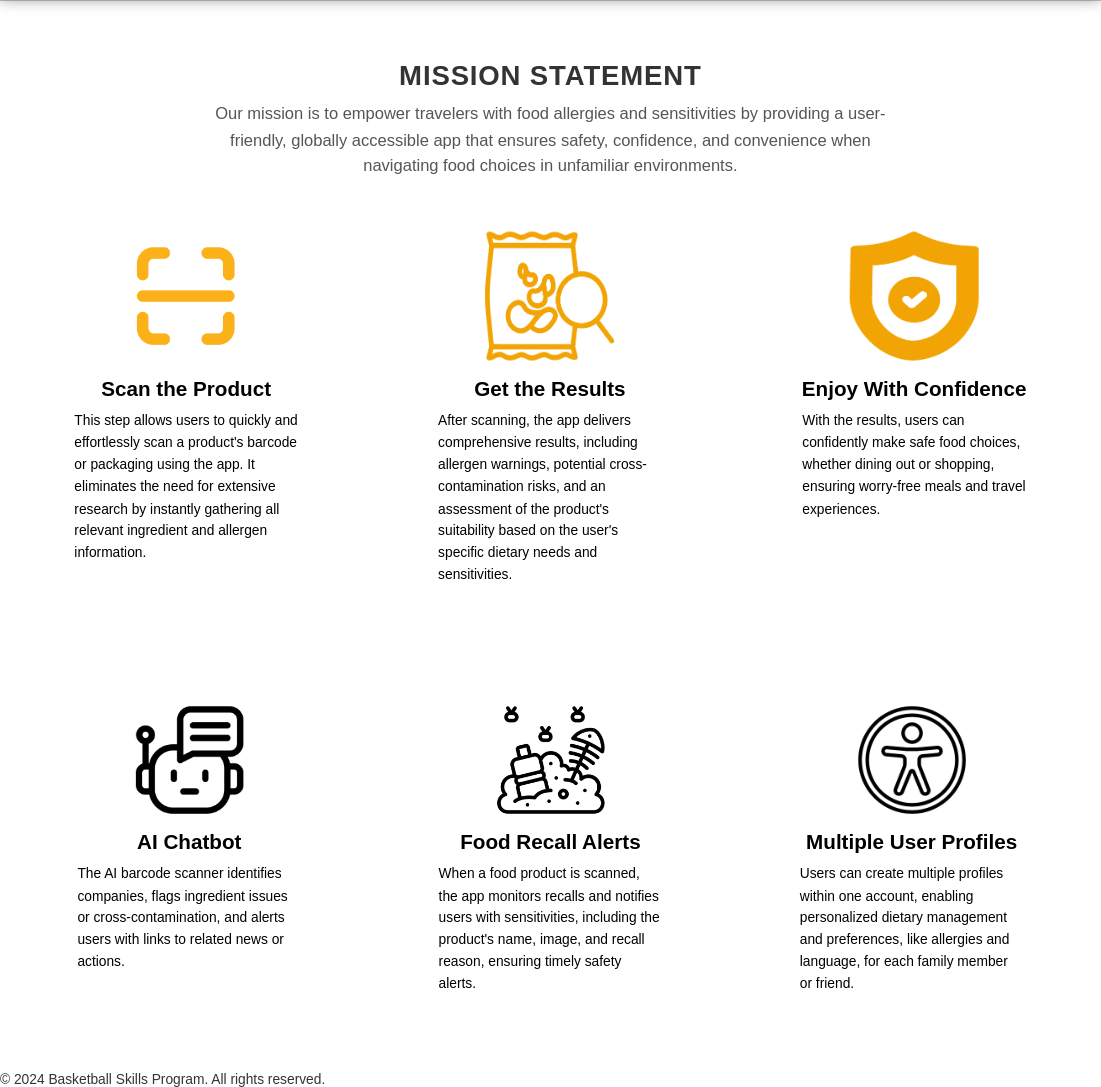
Repository: GavinPahal/landingpage
Page: /
An editor plug-in stored every save of this project. The page is shown before and after the next save, followed by the edit.
The browser window is 1280 px wide. The pictures show the part of the page from y = 720 to 1984 px (the page is 1984 px tall), at 86% of full size.
The project was rebuilt for these pictures with package versions that can differ from the ones it lists, and the page was loaded fresh each time. The framework's server and built-in components were replaced by stand-ins that run in the browser. Also part of the build but not shown: next.config.mjs.

Above is the page before, as saved 2024-11-28 15:49:58.

### pages/_app.js
// pages/_app.js
import "@/styles/globals.css"; // Import the global CSS file

function MyApp({ Component, pageProps }) {
  return <Component {...pageProps} />;
}

export default MyApp;

### pages/index.js
// pages/index.js
import Hero from "../components/Hero";
import Features from "../components/Features";
import Footer from "../components/Footer";
import Product from "../components/Product"

export default function Home() {
  return (
    <div>
      <Hero />
      <Features />
      <Product />
      <Footer />
    </div>
  );
}

### styles/globals.css
/* Global Styles */
* {
  margin: 0;
  padding: 0;
  box-sizing: border-box;
}

body {
  font-family: Arial, sans-serif;
  color: #333;
  overflow-x: hidden; /* Prevent horizontal overflow */
}

/* Hero Section */
.hero {
  display: flex; /* Use flexbox to align elements */
  position: relative;
  height: 100vh;
  width: 100%; /* Ensure the hero section spans the full width */
  background-color: #2d2d2d; /* Dark background to contrast with the image */
}

.imageWrapper {
  position: relative;
  width: 100%; /* Left side takes full width */
  height: 100%;
}

.imageContainer {
  position: absolute;
  top: 0;
  left: 0;
  width: 100%;
  height: 100%;
  filter: blur(8px); /* Add blur effect to the image */
  object-fit: cover;
}

.overlay {
  position: absolute;
  top: 0;
  left: 0;
  width: 100%;
  height: 100%;
  background: rgba(0, 0, 0, 0.6); /* Dark overlay to ensure text stands out */
  color: white;
  display: flex;
  flex-direction: column;
  justify-content: center;
  align-items: flex-start;
  padding: 60px 40px; /* Increased padding for more space */
  text-align: left;
}

.heroTitle {
  display: flex;
  align-items: center; /* Align logo and title horizontally */
  margin-bottom: 40px; /* Space between title and the rest of the content */
  position: relative; /* Allow positioning adjustments */
  top: -80px; /* Move the logo and title even higher */
}

.heroTitle img {
  margin-right: 20px; /* Add space between logo and title */
}

.heroTitle h1 {
  font-size: 2rem; /* Bigger font for app name */
  font-weight: bold;
  color: #ffffff; /* Bright color to stand out */
  text-transform: uppercase;
}

.tagline {
  font-size: 5rem; /* Make "BEST NATURE APP" 5rem */
  font-weight: bold;
  margin-bottom: 0; /* Remove extra space between the lines */
  color: #ffffff; /* Striking color */
  text-shadow: 3px 3px 5px rgba(0, 0, 0, 0.8); /* Enhanced text visibility */
  line-height: 1.1; /* Adjust line-height to decrease space between lines */
  letter-spacing: 1.5px;
  display: block;
  max-width: 100%; /* Ensure text doesn't overflow */
}

.bestNature {
  display: block;
  font-size: 3rem; /* Adjust to smaller font size for the first part */
}

.appEver {
  display: block;
  margin-top: 0;
  font-size: 3rem;
}

.subTagline {
  font-size: 1.2rem;
  margin-top: 20px;
  margin-bottom: 40px;
  line-height: 1.6;
  max-width: 650px;
  color: white;
  letter-spacing: 0.5px;
  text-align: left;
}

.demoText {
  display: block;
  font-size: 1.4rem;
  font-weight: bold;
}

.natureText {
  display: block;
  font-size: 1.2rem;
  margin-top: 10px;
  font-style: italic;
  letter-spacing: 0.3px;
}

/* CTA Button */
.ctaButton {
  background-color: #00C9A2;
  color: #ffffff;
  padding: 15px 40px;
  font-size: 1.4rem;
  border: none;
  border-radius: 50px;
  text-align: center;
  margin-top: 60px;
  cursor: pointer;
  transition: background-color 0.3s, transform 0.3s;
  text-decoration: none;
}

.ctaButton:hover {
  background-color: #035343;
}

.ctaButton:focus {
  outline: none;
}

.rightImageWrapper {
  position: absolute;
  left: 62%;
  bottom: 20px;
  width: 400px;
  height: auto;
  z-index: 2;
  margin-top: 100px;
}

.rightImageContainer {
  position: relative;
  width: 100%;
  height: 100%;
}

.rightImageContainer img {
  width: 100%;
  height: auto;
  border-radius: 8px;
  object-fit: cover;
}

.features {
  padding: 50px 20px;
  text-align: center;
}
.features h2 {
  font-size: 2.5rem;
  font-weight: bold;
  color: #ffffff;
  margin-bottom: 30px;
  text-transform: uppercase;
  letter-spacing: 1px;
}

.infoCards {
  display: flex;
  flex-wrap: wrap;
  justify-content: space-around;
  gap: 30px;
  margin-bottom: 40px;
}

.card {
  text-align: center;
  margin: 0 auto; /* Ensure cards are centered */
}

.card:first-child { /* Target the first feature card */
  max-width: 400px; /* Restrict width for a cleaner layout */
  margin: 20px auto; /* Center the card horizontally and add spacing */
}

.card:first-child p {
  text-align: left; /* Center-align the text for the first card */
  max-width: 280x; /* Ensure text does not overflow the card */
  margin: 0 auto;
}

.card img {
  margin-bottom: 15px;
}

.card h3 {
  font-size: 1.5rem;
  font-weight: 600;
  color: #000000;
  margin-bottom: 10px;
}

.card p {
  font-size: 1rem;
  line-height: 1.6;
  color: #000000;
  max-width: 260px;
  margin: 0 auto;
  text-align: left;
}

.text1 {
  font-size: 1rem;
  line-height: 1.6;
  color: #000000;
  max-width: 250px;
  margin: 0 auto;
  text-align: left;
}

.text2 {
  font-size: 1rem;
  line-height: 1.6;
  color: #000000;
  max-width: 250px;
  margin: 0 auto;
  text-align: left;
}

.missionStatement {
  text-align: center; /* Center the text */
  margin-bottom: 40px; /* Add some spacing below the mission statement */
  padding: 20px;
  border-radius: 8px; /* Rounded corners */
}

.missionStatement h2 {
  font-size: 2rem;
  font-weight: bold;
  color: #333;
  margin-bottom: 10px;
}

.missionStatement p {
  font-size: 1.2rem;
  line-height: 1.6;
  color: #555;
  max-width: 800px;
  margin: 0 auto; /* Center the paragraph */
}



@media (max-width: 1024px) {
  .hero {
    flex-direction: column; /* Stack elements vertically on smaller screens */
  }

  .overlay {
    padding: 40px 20px; /* Reduced padding for smaller screens */
    text-align: center; /* Center-align text on smaller screens */
  }

  .heroTitle {
    margin-bottom: 20px; /* Reduce space between the title and the tagline */
    top: 0; /* Reset top positioning for better alignment */
  }

  .tagline {
    font-size: 3rem; /* Decrease font size on smaller screens */
  }

  .bestNature, .appEver {
    font-size: 2.5rem; /* Smaller font size for better readability */
  }

  .subTagline {
    font-size: 1rem; /* Adjust subtagline font size for smaller screens */
    max-width: 100%; /* Allow full-width display */
    padding: 0 20px; /* Add padding to the sides */
  }

  .rightImageWrapper {
    left: 50%; /* Center the image on smaller screens */
    bottom: 10px;
    width: 300px; /* Reduce image size */
    margin-top: 60px;
  }
}

/* CTA Button Adjustments */
@media (max-width: 768px) {
  .ctaButton {
    padding: 12px 30px; /* Reduced padding for better proportion on small screens */
    font-size: 1.2rem; /* Smaller font size */
    width: 90%; /* Allow the button to take up more space on smaller screens */
    margin-top: 40px; /* Reduced top margin */
  }
}

/* Feature Section Adjustments */
@media (max-width: 768px) {
  .features {
    padding: 30px 20px; /* Reduce padding */
  }

  .features h2 {
    font-size: 2rem; /* Smaller font size for headings */
  }

  .infoCards {
    flex-direction: column; /* Stack cards vertically */
    align-items: center;
    gap: 20px; /* Reduced gap between cards */
  }

  .card {
    max-width: 90%; /* Ensure cards take full width on smaller screens */
    margin: 10px auto; /* Center the cards */
  }

  .card h3 {
    font-size: 1.2rem; /* Decrease font size */
  }

  .card p {
    font-size: 0.9rem; /* Smaller text for better readability */
  }
}

/* Final Adjustments */
@media (max-width: 480px) {
  .hero {
    height: auto; /* Allow the hero section to adjust to content */
  }

  .overlay {
    padding: 20px; /* Even smaller padding */
    text-align: center;
  }

  .tagline {
    font-size: 2.5rem; /* Further decrease tagline size */
  }

  .ctaButton {
    padding: 10px 20px; /* Smaller padding for mobile screens */
    font-size: 1rem; /* Reduce font size */
  }

  .features h2 {
    font-size: 1.6rem; /* Adjust feature section heading */
  }

  .card {
    max-width: 100%; /* Ensure the cards take full width */
  }

  .text1, .text2 {
    font-size: 0.9rem; /* Adjust text sizes for smaller screens */
  }
}

### components/Hero.js
import Image from "next/image";

export default function Hero() {
  return (
    <section className="hero">
      <div className="imageWrapper">
        <div className="imageContainer">
          <Image
            src="/images/grocey.jpg"
            alt="Nature Image"
            layout="fill"
            objectFit="cover"
          />
        </div>
        <div className="overlay">
          <div className="heroTitle">
            <Image
              src="/images/logo.webp"
              alt="Goldibite Logo"
              width={50}
              height={50}
            />
            <h1>Goldibite</h1>
          </div>
          <p className="tagline">
            <span className="bestNature">YOUR BUDDY FOR</span>
            <span className="appEver">FOOD SAFETY</span>
          </p>
          <p className="subTagline">
            <span className="demoText">Get a demo and try our new app.</span>
            <span className="natureText">
            The Right Bite, Every Time
            </span>
          </p>
          <a href="#demo" className="ctaButton">
            TRY DEMO
          </a>
        </div>
      </div>


      <div className="rightImageWrapper">
        <div className="rightImageContainer">
          <Image
            src="/images/phone.png"
            alt="New Image"
            layout="intrinsic"
            width={500}
            height={500}
          />
        </div>
      </div>
    </section>
  );
}

### components/Features.js
import Image from "next/image";

export default function Features() {
  return (
    <section className="features">
      {/* Mission Statement Section */}
      <div className="missionStatement">
        <h2>Mission Statement</h2>
        <p>
          Our mission is to empower travelers with food allergies and sensitivities by providing a user-friendly, globally accessible app that ensures safety, confidence, and convenience when navigating food choices in unfamiliar environments.
        </p>
      </div>

      {/* Features Cards Section */}
      <div className="infoCards">
        <div className="card" style={{ margin: "0 10px" }}>
          <Image
            src="/images/iconamoon_scanner (1).jpg"
            alt="Feature 1"
            width={150}
            height={150}
          />
          <h3>Scan the Product</h3>
          <p>
            This step allows users to quickly and effortlessly scan a product's barcode or packaging using the app.
            It eliminates the need for extensive research by instantly gathering all relevant ingredient and allergen information.
          </p>
        </div>
        <div className="card" style={{ margin: "0 10px" }}>
          <Image
            src="/images/magnifying.jpg"
            alt="Feature 2"
            width={150}
            height={150}
          />
          <h3>Get the Results</h3>
          <p>
            After scanning, the app delivers comprehensive results, including allergen warnings, potential cross-contamination risks,
            and an assessment of the product's suitability based on the user's specific dietary needs and sensitivities.
          </p>
        </div>
        <div className="card" style={{ margin: "0 10px" }}>
          <Image
            src="/images/Confident.jpg"
            alt="Feature 3"
            width={150}
            height={150}
          />
          <h3>Enjoy With Confidence</h3>
          <p>
            With the results, users can confidently make safe food choices, whether dining out or shopping,
            ensuring worry-free meals and travel experiences.
          </p>
        </div>
      </div>
    </section>
  );
}

### components/Footer.js
export default function Footer() {
    return (
      <footer className="footer">
        <p>&copy; 2024 Basketball Skills Program. All rights reserved.</p>
      </footer>
    );
  }

### components/Product.js
import Image from "next/image";

export default function Features() {
  return (
    <section className="features">
      <div className="infoCards" style={{ gap: "20px" }}>
        <div className="card" style={{ margin: "0 10px" }}>
          <Image
            src="/images/chatbot.jpg"
            alt="Feature 1"
            width={125}
            height={125}
          />
          <h3>AI Chatbot</h3>
          <p>
            The AI barcode scanner identifies companies, flags ingredient
            issues or cross-contamination, and alerts users with links to
            related news or actions.
          </p>
        </div>
        <div className="card" style={{ margin: "0 10px" }}>
          <Image
            src="/images/trash.jpg"
            alt="Feature 2"
            width={125}
            height={125}
          />
          <h3>Food Recall Alerts</h3>
          <p>
            When a food product is scanned, the app monitors recalls and
            notifies users with sensitivities, including the product's name,
            image, and recall reason, ensuring timely safety alerts.
          </p>
        </div>
        <div className="card" style={{ margin: "0 10px" }}>
          <Image
            src="/images/accessibility.png"
            alt="Feature 3"
            width={125}
            height={125}
          />
          <h3>Multiple User Profiles</h3>
          <p>
            Users can create multiple profiles within one account, enabling
            personalized dietary management and preferences,
            like allergies and  language, for each family member or friend.
          </p>
        </div>
      </div>
    </section>
  );
}

Loaded but not shown: pages/_document.js (common file)

After the next save:
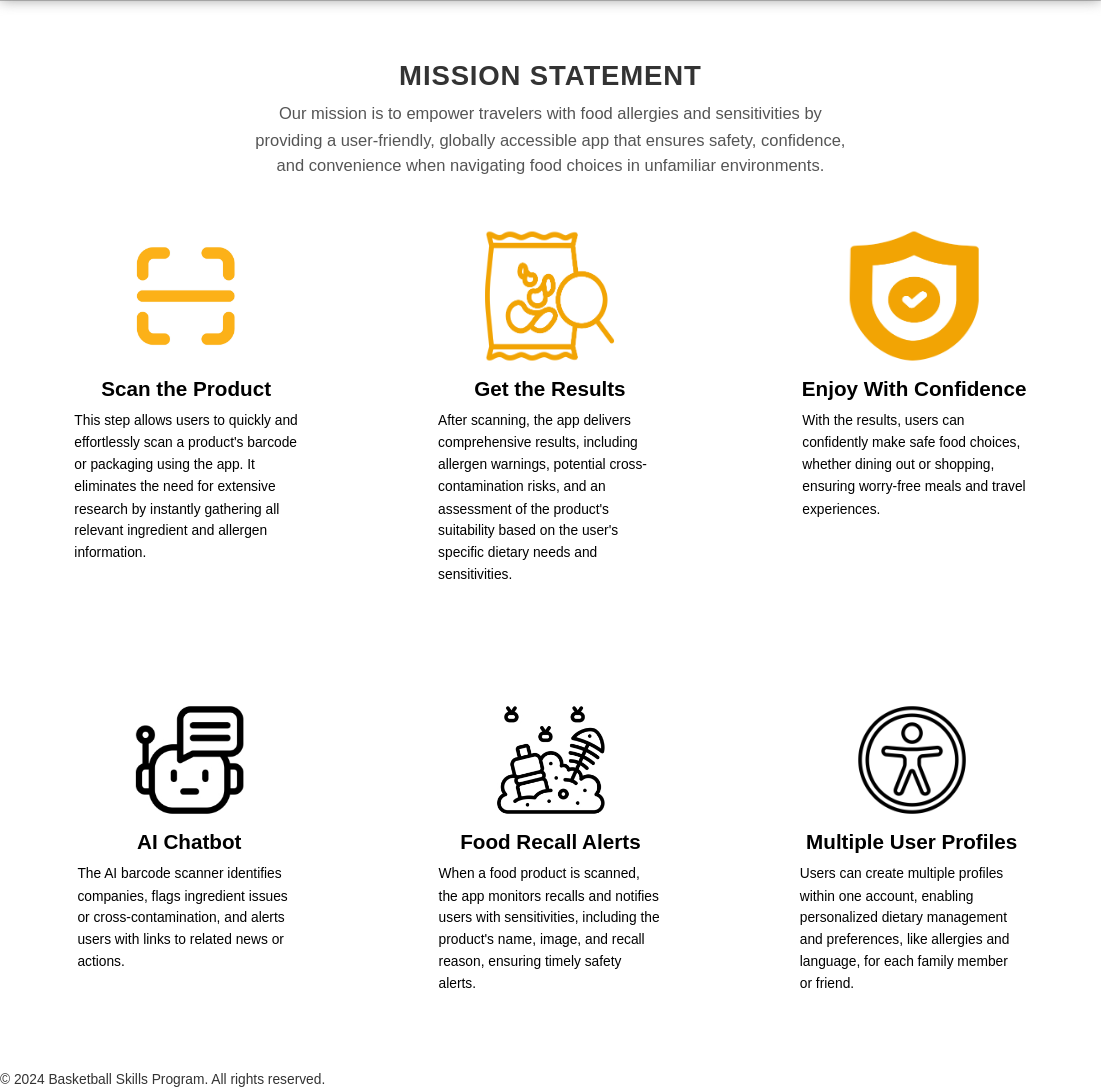
Saved 2 h 4 min later.
--- a/styles/globals.css
+++ b/styles/globals.css
@@ -258,7 +258,7 @@ body {
   font-size: 1.2rem;
   line-height: 1.6;
   color: #555;
-  max-width: 800px;
+  max-width: 700px;
   margin: 0 auto; /* Center the paragraph */
 }
 
